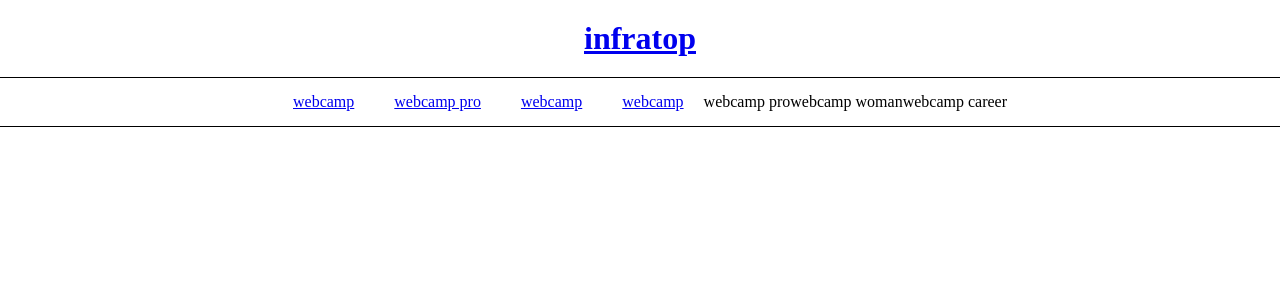
Repository: yuu2310/dmm-webcamp
Page: chapter5_exercise/index.html
The author's editor kept a record of every edit. The page is drawn from the files as they stood at one moment, then again after the next edit.
The browser window is 1280 px wide. The pictures show the whole page.

Above is the page before.

### chapter5_exercise/index.html
<!DOCTYPE HTML>
<html lang="ja">
  <head>
    <meta charset="UTF-8" />
    <title>chapter5演習</title>
    <link rel="stylesheet" href="style.css"/>
  </head>

  <body>
    <header>
      <h1 class="heading">
        <a href="index.html">
          infratop
        </a>
      </h1>
    </header>

    <nav>
      <ul class="nav-list">
        <li class="nav-list-item">
          <a href="index.html">
            webcamp
          </a>
        </li>
        <li class="nav-list-item">
          <a href="index.html">
            webcamp pro
          </a>
        </li>
        <li class="nav-list-item">
          <a href="index.html">
            webcamp
          </a>
        </li>
        <li class="nav-list-item">
          <a href="index.html">
            webcamp
          </a>
        </li>
        <li>
          webcamp pro</li>
        <li>webcamp woman</li>
        <li>webcamp career</li>
      </ul>
    </nav>

  </body>
</html>

### chapter5_exercise/style.css
* {
  margin: 0;
  padding: 0;
  box-sizing: border-box;
}

.heading {
  width: 100%;
  margin: 20px 0;
  text-align: center;
}

.nav-list {
  display: flex;
  justify-content: center;
  list-style: none;
  padding: 15px 0;
  border-top: 1px solid #000000;
  border-bottom: 1px solid #000000;
}

.nav-list-item {
  margin: 0 20px;
}

main {
  width: 800px;
  margin: 50px 0;
  display:flex;
}

.box1 {
  width: 200px;
  height: 200px;
  background-color: #e6ffe9;
}

.box2 {
  width: 200px;
  height: 200px;
  background-color: #cbffd3;
}

.box3 {
  width: 200px;
  height: 200px;
  background-color: #aeffbd;
}

.box4 {
  width: 200px;
  height: 200px;
  background-color: #93ffab;
}

.box5 {
  width: 200px;
  height: 200px;
  background-color: #f3ffd8;
}

.box6 {
  width: 200px;
  height: 200px;
  background-color: #edffbe;
}

.box7 {
  width: 200px;
  height: 200px;
  background-color: #e9ffa5;
}

.box8 {
  width: 200px;
  height: 200px;
  background-color: #e4ff8d;
}

.box9 {
  width: 200px;
  height: 200px;
  background-color: #d9e5ff;
}

.box10 {
  width: 200px;
  height: 200px;
  background-color: #bad3ff;
}

.box11 {
  width: 200px;
  height: 200px;
  background-color: #e6ffe9;
}

.box12 {
  width: 200px;
  height: 200px;
  background-color: #e6ffe9;
}

After the next edit:
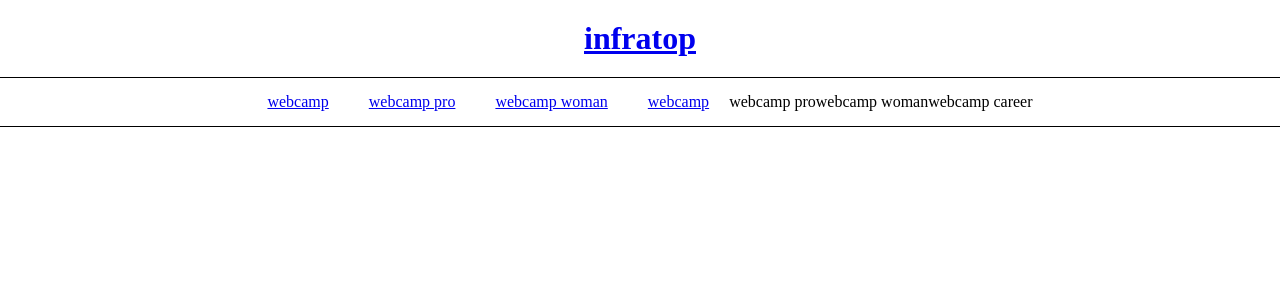
The edit:
--- a/chapter5_exercise/index.html
+++ b/chapter5_exercise/index.html
@@ -29,7 +29,7 @@
         </li>
         <li class="nav-list-item">
           <a href="index.html">
-            webcamp
+            webcamp woman
           </a>
         </li>
         <li class="nav-list-item">
